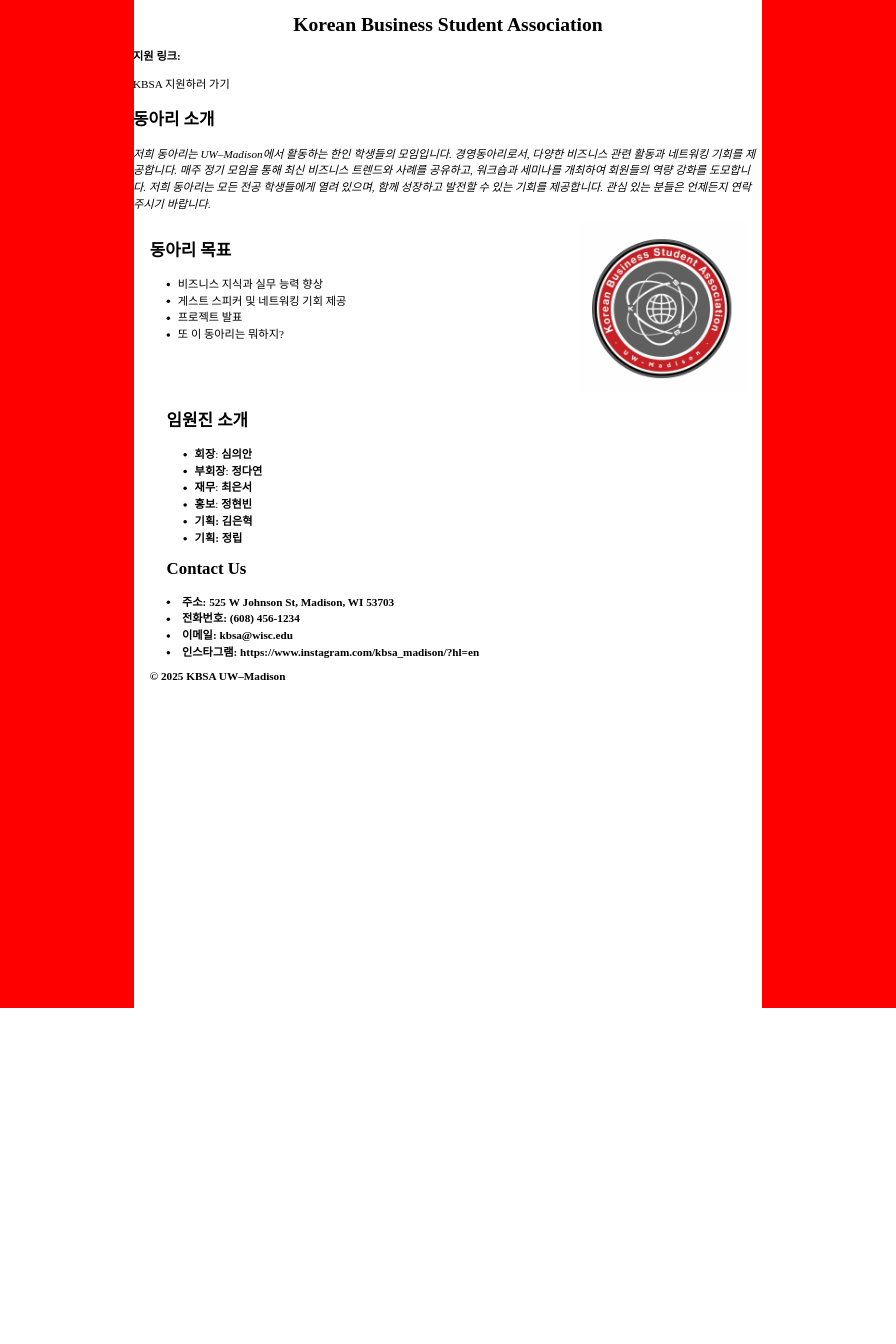
Repository: 23HarveyJi/25-Fall_chillguys
Page: website.html
An editor plug-in stored every save of this project. The page is shown before and after a run of saves, followed by the edit.
The browser window is 1280 px wide. The pictures show the part of the page from y = 0 to 1920 px (the page is 2899 px tall), at 70% of full size.

Above is the page before, as saved 2025-10-16 23:15:05.

After the next 5 saves:
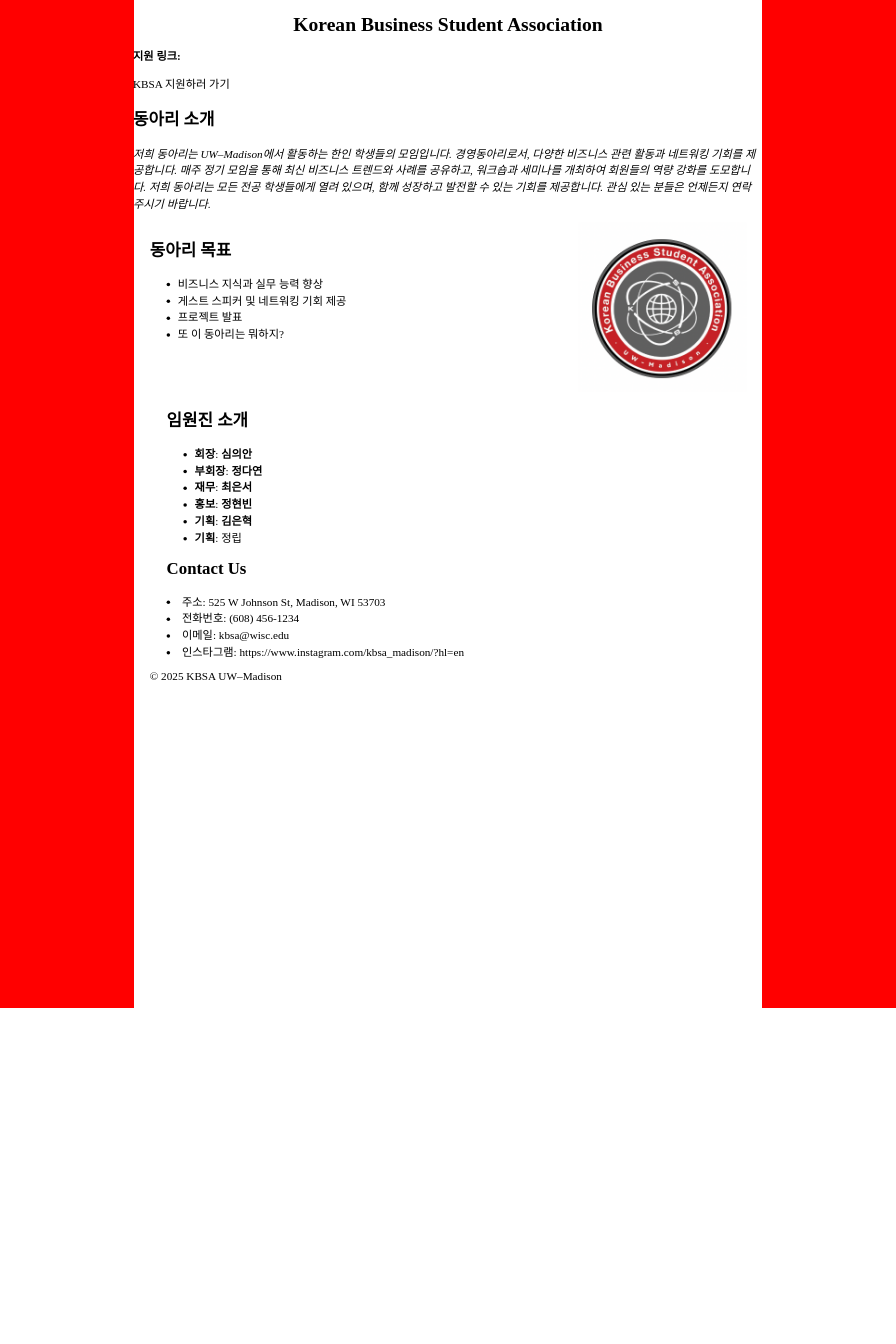
The 5 saves are shown as one change because they came seconds apart.
The last was saved 14 s later.
--- a/website.html
+++ b/website.html
@@ -51,8 +51,8 @@
   <li><a href="심의안.jpg" target="_blank"><strong>회장</strong>: <strong>심의안</strong></a></li>
   <li><a href="정다연.jpg" target="_blank"><strong>부회장</strong>:<strong> 정다연</strong> </a></li>
   <li><a href="최은서.jpg" target="_blank"><strong>재무</strong>: <strong>최은서</strong></a></li>
-  <li><a href="정현빈.jpg" target="_blank"><strong>홍보</strong>: <strong>정현빈</a></li>
-  <li><a href="김은혁.jpg" target="_blank"><strong>기획</strong>: 김은혁</a></li>
+  <li><a href="정현빈.jpg" target="_blank"><strong>홍보</strong>: <strong>정현빈</strong></a></li>
+  <li><a href="김은혁.jpg" target="_blank"><strong>기획</strong>: <strong>김은혁</strong></a></li>
   <li><a href="정립.jpg" target="_blank"><strong>기획</strong>: 정립</a></li>
 </ul>
 
